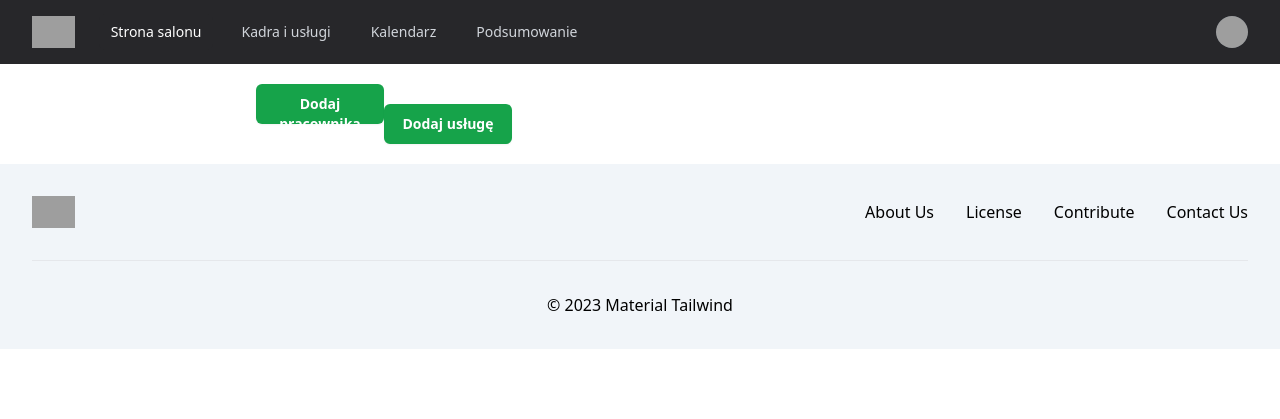
Repository: PrzemyslawJura/my-app
Page: /pracownicy (app in frontend/)
An editor plug-in stored every save of this project. The page is shown before and after the next save, followed by the edit.
The browser window is 1280 px wide. The pictures show the whole page.
Pictures or frames that could not be fetched are drawn as grey boxes. The page's requests for data from a server got no answer. The project was rebuilt for these pictures with package versions that can differ from the ones it lists, and the page was loaded fresh each time. No one was signed in, and anything a server would have sent is missing. Also part of the build but not shown: frontend/src/components/Location.jsx, frontend/src/home/Feature.jsx, frontend/src/shared_np_buttony_inputy_kalendarze_itp/PaginationTile.jsx, frontend/src/home/Pagination.jsx, frontend/src/home/Listbox.jsx, frontend/src/home/StepOne.jsx, frontend/src/home/StepTwo.jsx, frontend/src/home/SalonOffer.jsx and 23 more.

Above is the page before, as saved 2023-11-24 13:12:44.

After the next save:
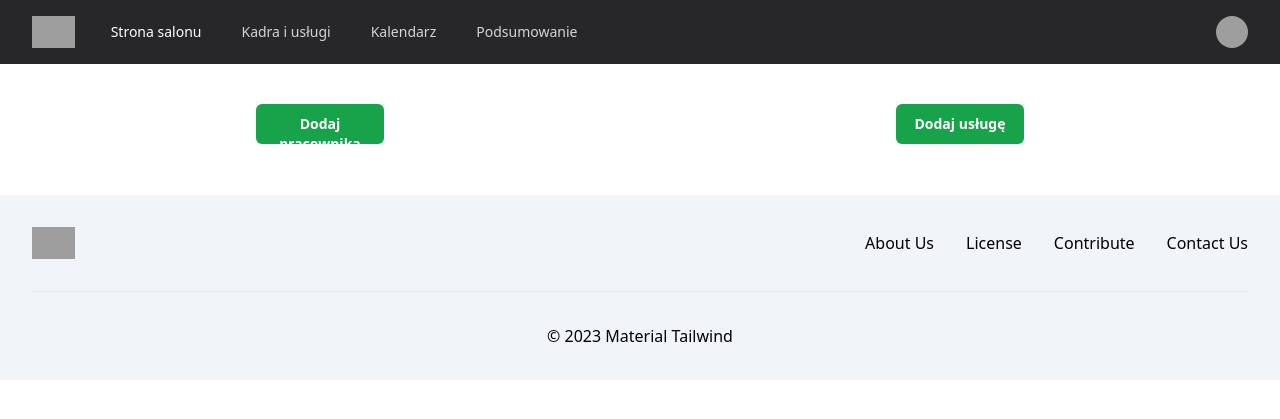
Saved 82 s later.
--- a/frontend/src/biznes/Workers.jsx
+++ b/frontend/src/biznes/Workers.jsx
@@ -98,13 +98,16 @@ export default function Workers() {
                 </>
               ))}
             </ul>
-            <span onClick={() => setIsShown(1)}>
-              <MainButton text="Dodaj pracownika"/>
-            </span>
+            <div className="flex justify-between gap-x-6 py-5">
+              <span onClick={() => setIsShown(1)}>
+                <MainButton text="Dodaj pracownika"/>
+              </span>
 
-            <span onClick={() => setIsShown(2)}>
-              <MainButton text="Dodaj usługę"/>
+              <span onClick={() => setIsShown(2)}>
+                <MainButton text="Dodaj usługę"/>
               </span>
+            </div>
+
             {isShown == 1 && <AddWorker setIsShown={setIsShown} />}
             {isShown == 2 && <AddService setIsShown={setIsShown} />}
         </div>
